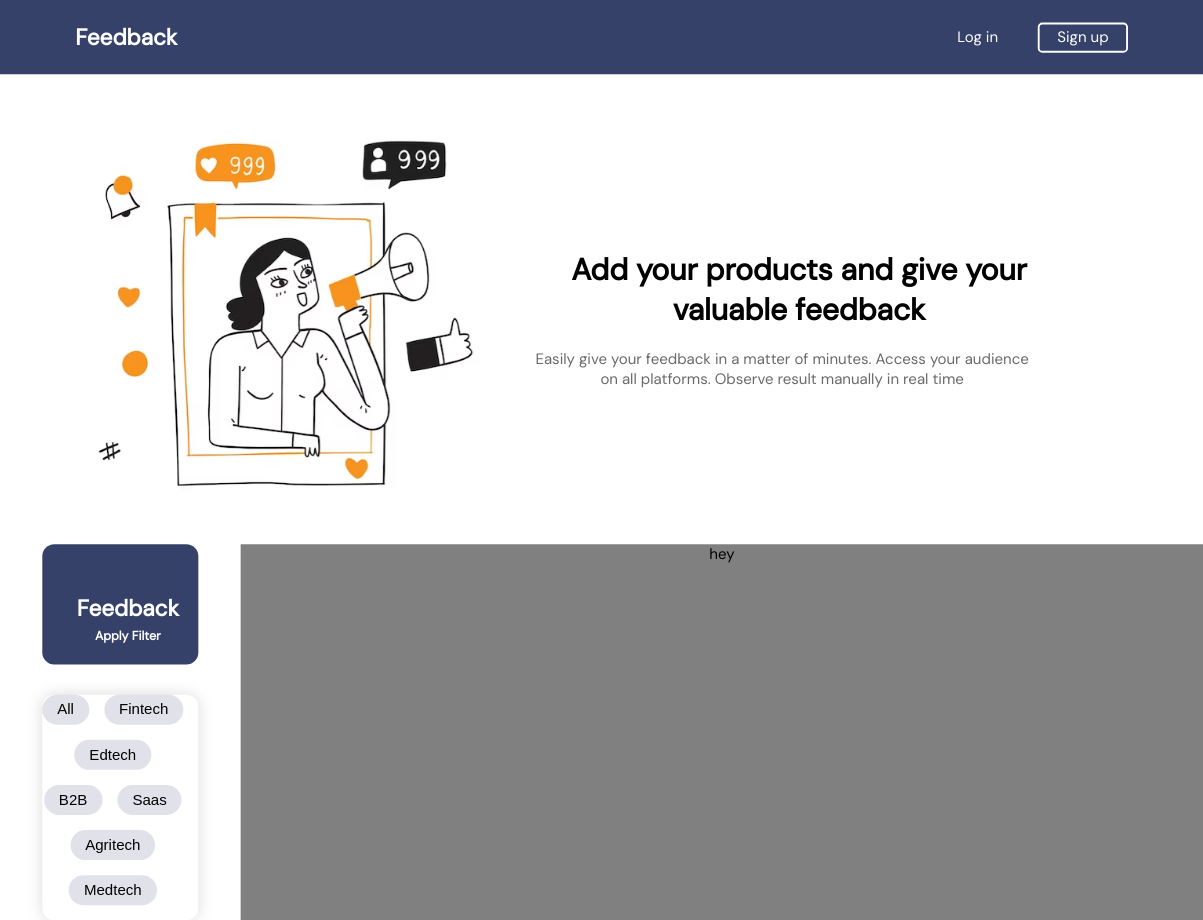
Repository: drumsmanku/final-evaluation-test
Page: / (app in client/)
An editor plug-in stored every save of this project. The page is shown before and after the next save, followed by the edit.
The browser window is 1280 px wide. The pictures show the whole page, at 94% of full size.
The page's requests for data from a server got no answer. The project was rebuilt for these pictures with package versions that can differ from the ones it lists, and the page was loaded fresh each time. No one was signed in, and anything a server would have sent is missing.

Above is the page before, as saved 2023-07-29 11:45:42.

After the next save:
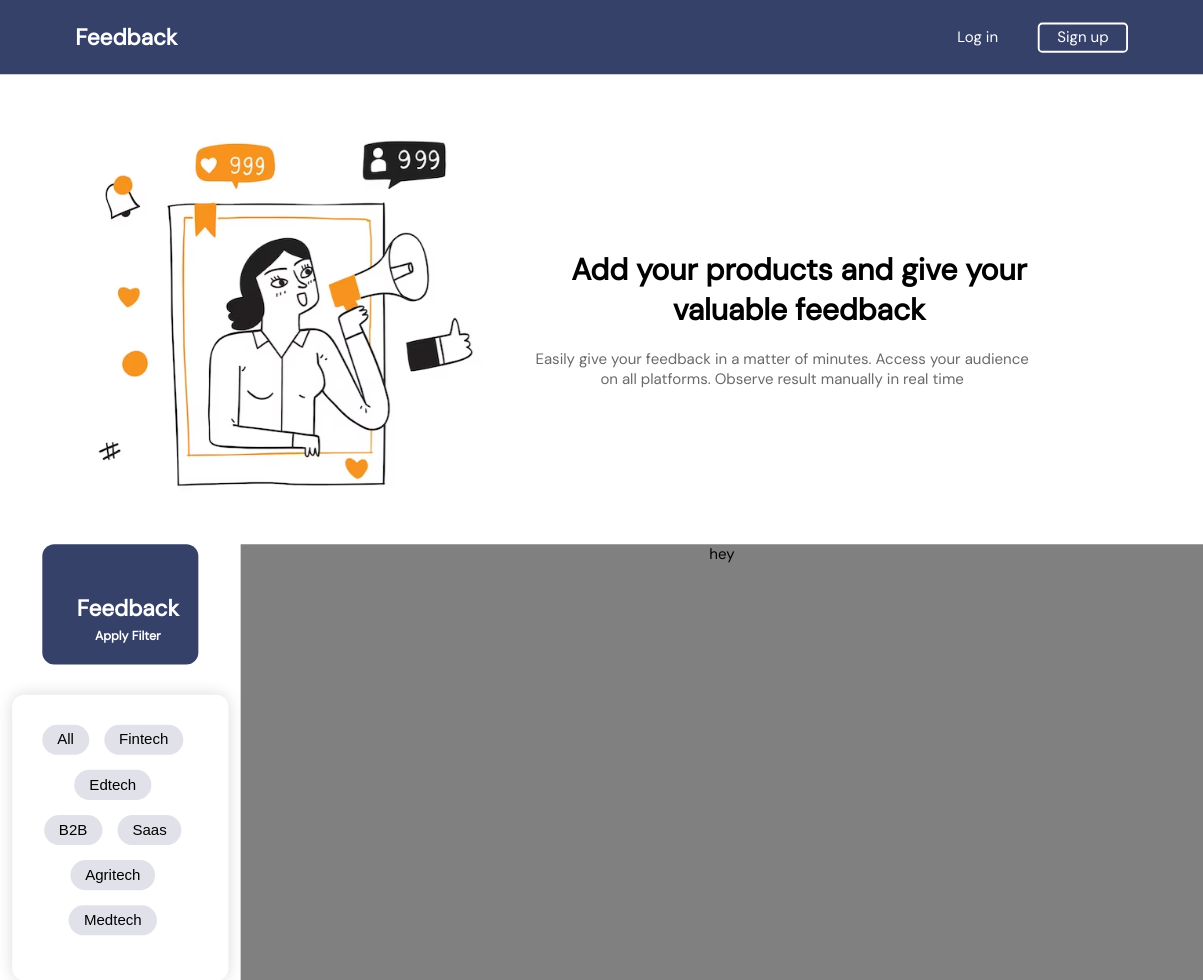
Saved 8 s later.
--- a/client/src/Components/MainPage.js
+++ b/client/src/Components/MainPage.js
@@ -86,7 +86,7 @@ function MainPage() {
             <h2 style={{marginBottom:'0.4rem',marginLeft:'1rem'}}>Feedback</h2>
             <h5 style={{marginTop:0, marginLeft:'1rem'}}>Apply Filter</h5>
           </article>
-          <article style={{width:'65%', borderRadius:'0.8rem', boxShadow:'0 0 17px #00000026',}}>
+          <article style={{width:'65%', borderRadius:'0.8rem', padding:'2rem', boxShadow:'0 0 17px #00000026',}}>
              {buttonTitles.map((title, idx)=>(
               <button value={title} onClick={handleCategoryClick} style={{...buttonStyles}} key={idx}>{title}</button>
              ))}
